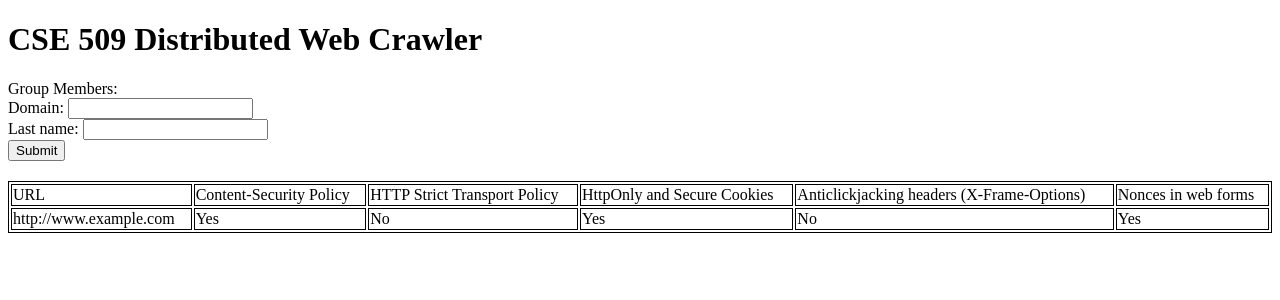
Repository: mfleish3/Crawler
Page: cse509/Crawling/WebContent/index.html
An editor plug-in stored every save of this project. The page is shown before and after the next save, followed by the edit.
The browser window is 1280 px wide. The pictures show the whole page.

Above is the page before, as saved 2015-11-06 03:37:10.

### cse509/Crawling/WebContent/index.html
<!DOCTYPE html>
<html>
	<head>
	  <title>Crawler Index Page</title>
	  <link rel="stylesheet" type="text/css" href="style/index.css">
	</head>
	<body>
	  <h1>CSE 509 Distributed Web Crawler</h1>
	  <div>
	  	<div>
	  		<a>Group Members:</a>
	  		<a></a>
	  		<a></a>
	  		<a></a>
	  		<a></a>
	  		<a></a>
	  	</div>

	  	<div>
	  		<form action="demo_form.asp">
			  Domain: <input type="text" name="fname"><br>
			  Last name: <input type="text" name="lname"><br>
			  <input type="submit" value="Submit">
			</form>
	  	</div>


		  <div id="divTableMain">
		  	<table id="tableMain">
			  <tr>
			    <td>URL</td>
			    <td>Content-Security Policy</td>
			    <td>HTTP Strict Transport Policy</td>
			    <td>HttpOnly and Secure Cookies</td>
			    <td>Anticlickjacking headers (X-Frame-Options)</td>
			    <td>Nonces in web forms</td>
			  </tr>
			  <tr>
			    <td>http://www.example.com</td>
			    <td>Yes</td>
			    <td>No</td>
			    <td>Yes</td>
			    <td>No</td>
			    <td>Yes</td>
			  </tr>
			</table>
		  </div>
	  </div>
	</body>
</html>

### cse509/Crawling/WebContent/style/index.css
#divTableMain {
	padding-top: 20px;
}

#tableMain {
	width: 100%;
	border: 1px solid black;
}

td {
	border: 1px solid black;
}

After the next save:
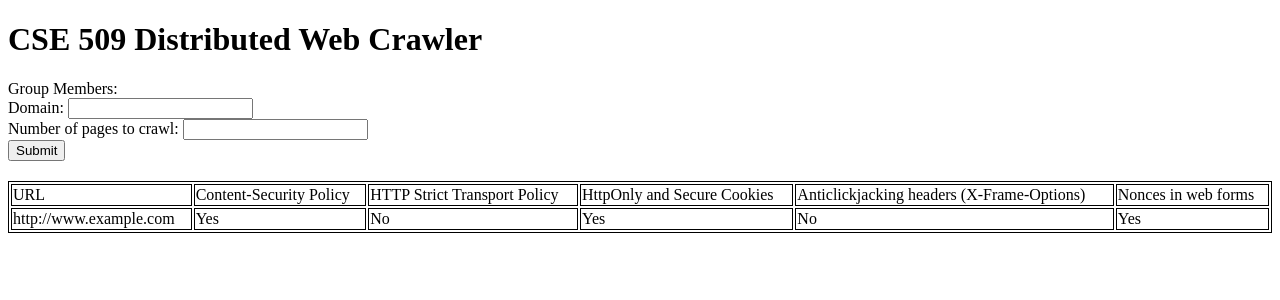
Saved 61 s later.
--- a/cse509/Crawling/WebContent/index.html
+++ b/cse509/Crawling/WebContent/index.html
@@ -19,7 +19,7 @@
 	  	<div>
 	  		<form action="demo_form.asp">
 			  Domain: <input type="text" name="fname"><br>
-			  Last name: <input type="text" name="lname"><br>
+			  Number of pages to crawl: <input type="text" name="lname"><br>
 			  <input type="submit" value="Submit">
 			</form>
 	  	</div>
